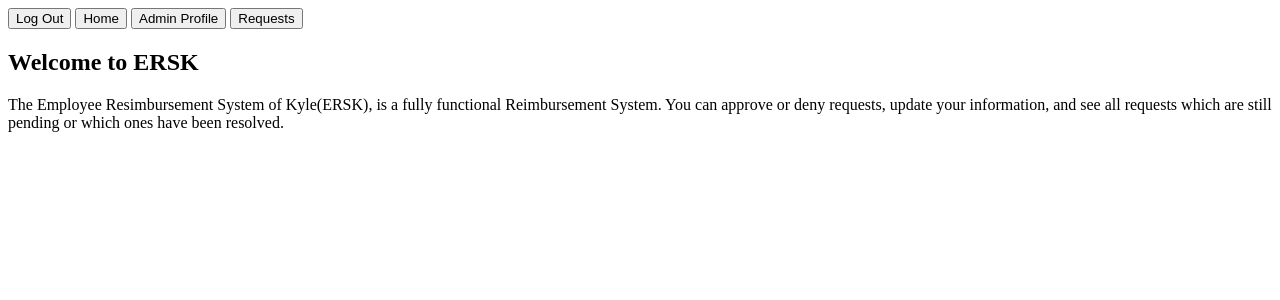
Repository: 1807-mehrab/project-1-KyleAButterfield
Page: ERSK/ERSK/src/main/webapp/ManagerHomePage.html
The author's editor kept a copy of each file at every save. The page is drawn from the files as they stood at one save, then again after the next save.
The browser window is 1280 px wide. The pictures show the whole page.

Above is the page before, as saved 2018-07-31 16:31:09.

After the next save:
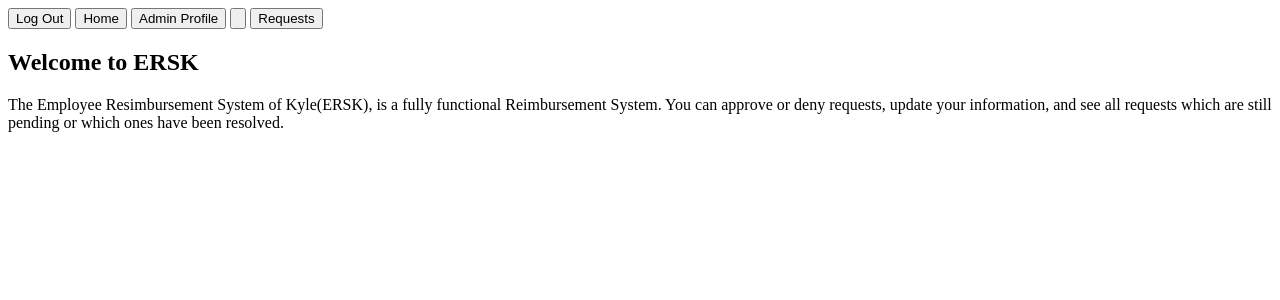
Saved 117 s later.
--- a/ERSK/ERSK/src/main/webapp/ManagerHomePage.html
+++ b/ERSK/ERSK/src/main/webapp/ManagerHomePage.html
@@ -7,6 +7,7 @@
 	<input type="button" onClick="AdminLogout()" value="Log Out">
 	<input type="button" onClick="HomePage()" value="Home">
 	 <input type="button" onClick ="GetInfo()" value="Admin Profile">
+	 <input type="button" onClick="GetAllEmployees()" value "List Employees">
 	<input type="button" onClick="LoadAdminRequestPage()" value="Requests">
 	</div>
 	<script src="Adminfunctions.js"></script>
